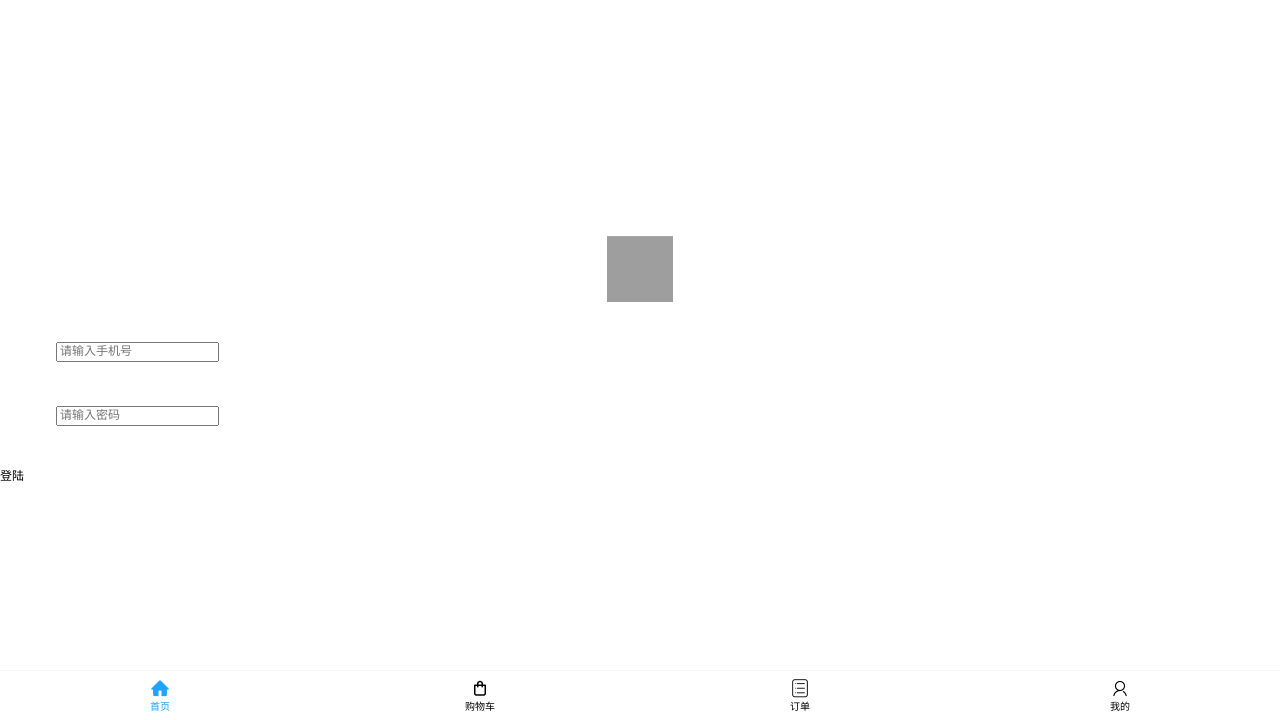
Repository: nestzero/mallapp
Page: /#/login
These files come from the project's save history. The page is drawn as it stood at one moment and after a run of saves; the edit follows.
The browser window is 1280 px wide. The pictures show the whole page.
Pictures or frames that could not be fetched are drawn as grey boxes. The project was rebuilt for these pictures with package versions that can differ from the ones it lists, and the page was loaded fresh each time. Also part of the build but not shown: vue.config.js.

Above is the page before, as saved 2022-03-07 22:39:03.

After the next 3 saves:
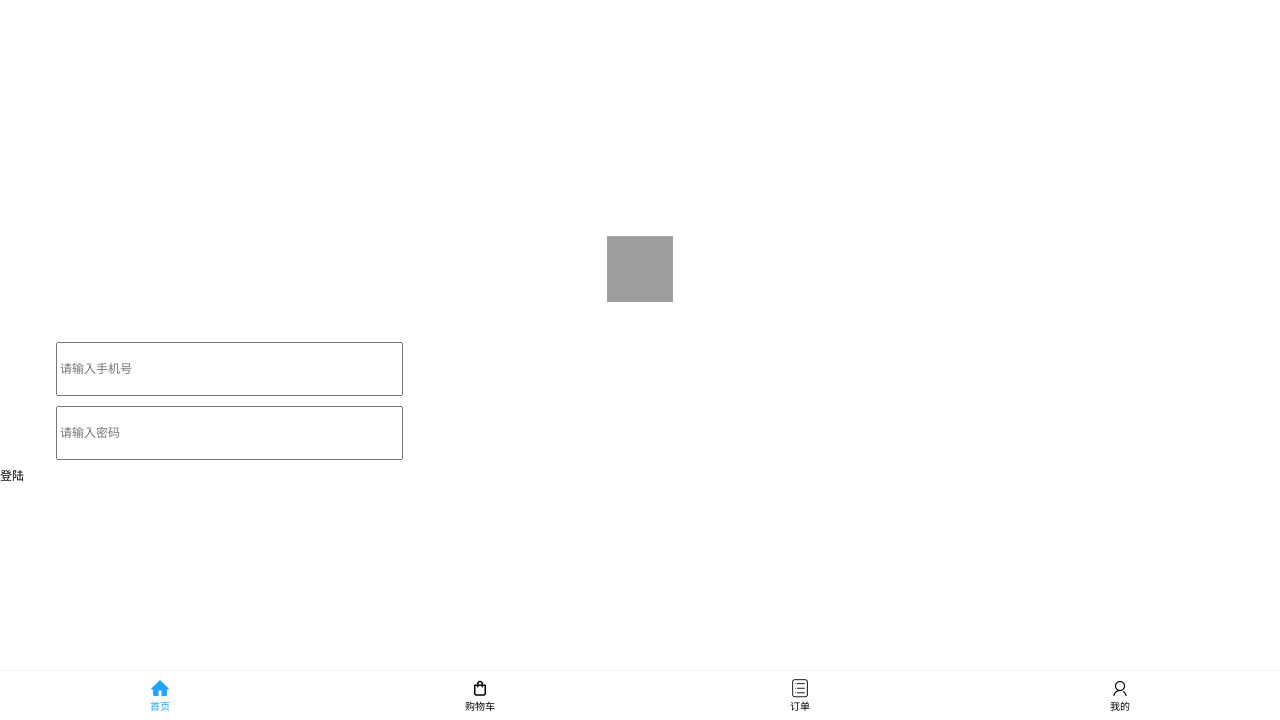
The 3 saves are shown as one change because 1 did not build or start and some came seconds apart.
The last was saved 23 s later.
--- a/src/components/content/login/Login.vue
+++ b/src/components/content/login/Login.vue
@@ -43,7 +43,11 @@ export default {};
 
     padding: 0 .16rem;
 
+    input{
+      width: 3.39rem;
+      height: .48rem;
 
+    }
   }
 }
 </style>
